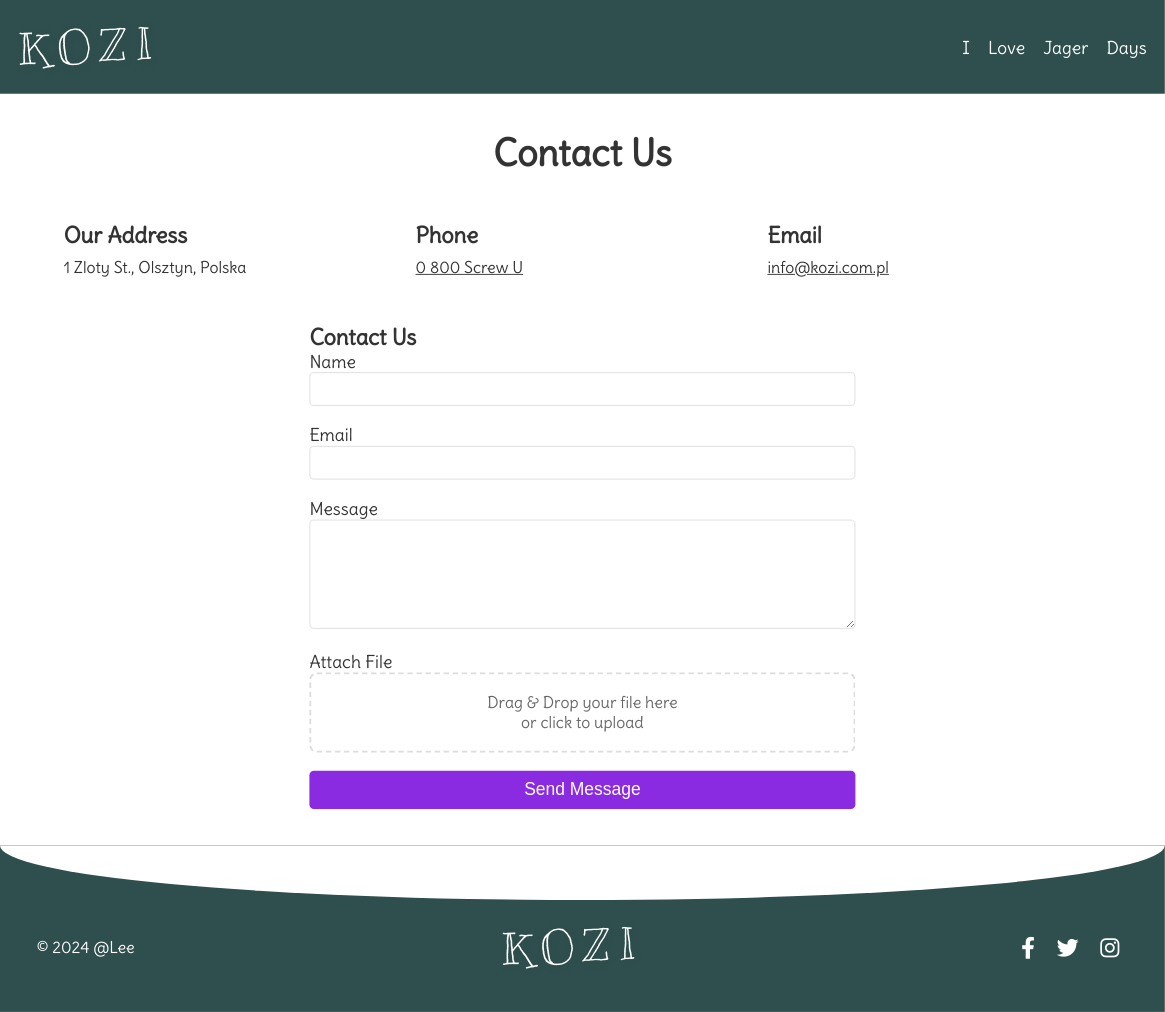
Repository: leerichie/kozi
Page: index.html
An editor plug-in stored every save of this project. The page is shown before and after the next save, followed by the edit.
The browser window is 1280 px wide. The pictures show the whole page, at 91% of full size.

Above is the page before, as saved 2024-10-24 20:09:43.

After the next save:
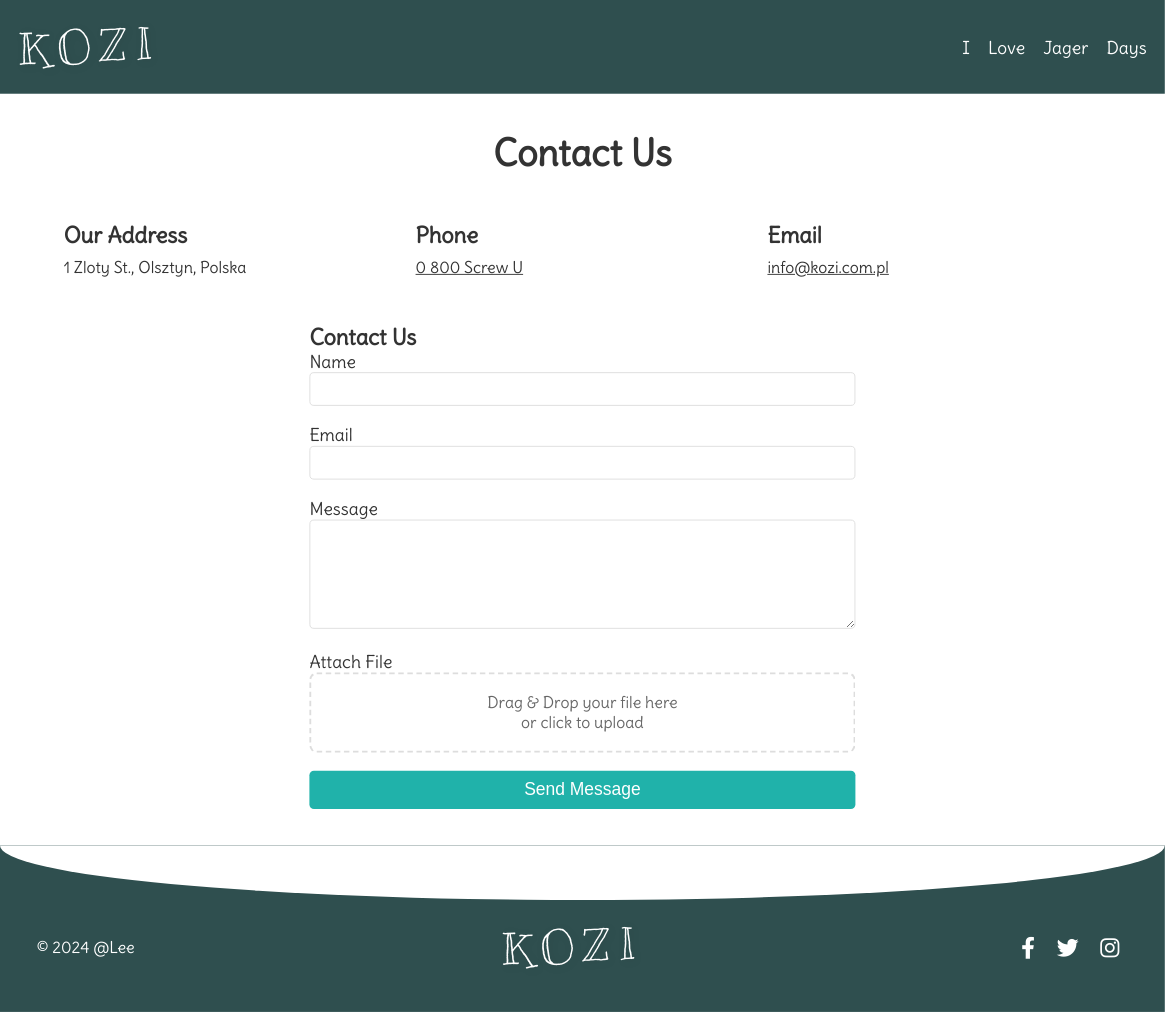
Saved 15 s later.
--- a/css/styles.css
+++ b/css/styles.css
@@ -232,7 +232,7 @@ textarea {
 
 .submit-btn {
   padding: 10px 20px;
-  background-color: blueviolet;
+  background-color: lightseagreen;
   color: #fff;
   border: none;
   border-radius: 5px;
